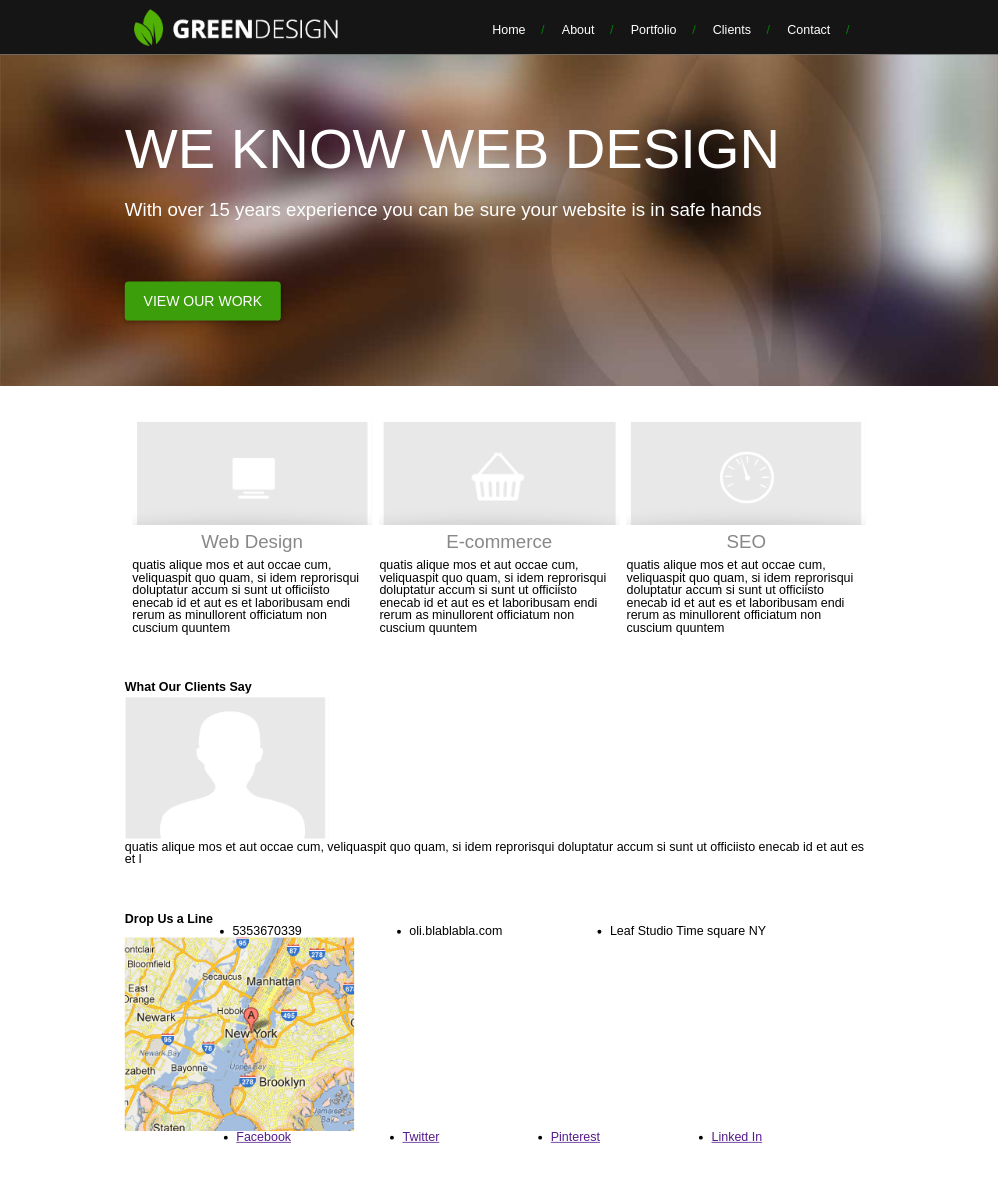
Repository: Piterwk1/psd-to-html
Page: website/index.html
The author's editor kept a copy of each file at every save. The page is drawn from the files as they stood at one save, then again after the next save.
The browser window is 1280 px wide. The pictures show the whole page, at 78% of full size.

Above is the page before, as saved 2021-09-14 21:21:22.

### website/index.html
<html lang="en">

<head>
    <meta charset="UTF-8">
    <meta http-equiv="X-UA-Compatible" content="IE=edge">
    <meta name="viewport" content="width=device-width, initial-scale=1.0">
    <title>Green Design</title>
    <link rel="stylesheet" href="style.css">
</head>

<body>
    <header>
        <div class="wrapper">
            <h1 id="logo">Green Design</h1>
            <nav>
                <h2>Main Navigation</h2>
                <ul>
                    <li><a href="">Home</a><span>/</span></li>
                    <li><a href="">About</a><span>/</span></li>
                    <li><a href="">Portfolio</a><span>/</span></li>
                    <li><a href="">Clients</a><span>/</span></li>
                    <li><a href="">Contact</a><span>/</span></li>
                </ul>
            </nav>
        </div>
    </header>
    <div id="lead-banner">
        <img src="images/Baner.jpg" alt="main banner">
        <div class="banner-overlay">
            <div class="wrapper">
                <div class="banner-title">We know web Design</div>
                <p>With over 15 years experience you can be sure your website is in safe hands</p>
                <a href="">View our work</a>
            </div>
        </div>
    </div>
    <div id="main-content">

        <div class="wrapper">

            <section id="points-of-sale">
                <h2>Point of Sale</h2>
                <ul>
                    <li>
                        <img src="images/cs1.png" alt="Web Design">
                        <h3>Web Design</h3>
                        <p>quatis alique mos et aut occae cum, veliquaspit quo quam, si idem reprorisqui doluptatur
                            accum si
                            sunt ut officiisto enecab id et aut es et laboribusam endi rerum as minullorent officiatum
                            non
                            cuscium quuntem</p>
                    </li>
                    <li>
                        <img src="images/cs2.png" alt="E-commerce">
                        <h3>E-commerce</h3>
                        <p>quatis alique mos et aut occae cum, veliquaspit quo quam, si idem reprorisqui doluptatur
                            accum si
                            sunt ut officiisto enecab id et aut es et laboribusam endi rerum as minullorent officiatum
                            non
                            cuscium quuntem</p>
                    </li>
                    <li>
                        <img src="images/cs3.png" alt="SEO">
                        <h3>SEO</h3>
                        <p>quatis alique mos et aut occae cum, veliquaspit quo quam, si idem reprorisqui doluptatur
                            accum si
                            sunt ut officiisto enecab id et aut es et laboribusam endi rerum as minullorent officiatum
                            non
                            cuscium quuntem</p>
                    </li>
                </ul>
            </section>
            <section id="clients">
                <h2>What Our Clients Say</h2>
                <img src="images/head.png" alt="head">
                <!-- <img src="images/quotes.png" alt="quotes"> -->
                <blockquote>quatis alique mos et aut occae cum, veliquaspit quo quam, si idem reprorisqui doluptatur
                    accum
                    si sunt ut officiisto enecab id et aut es et l</blockquote>
            </section>
            <section id="contact">
                <h2>Drop Us a Line</h2>
                <ul id="contact-methods">
                    <li>5353670339</li>
                    <li>oli.blablabla.com</li>
                    <li>
                        <span>Leaf Studio</span>
                        <span>Time square</span>
                        <span>NY</span>
                    </li>
                </ul>
                <img src="images/map.png" alt="map">
                <ul id="social-map">
                    <li class="facebook"><a href="">Facebook</a></li>
                    <li class="twitter"><a href="">Twitter</a></li>
                    <li class="pinterest"><a href="">Pinterest</a></li>
                    <li class="linked-in"><a href="">Linked In</a></li>
                </ul>
            </section>
        </div>
    </div>
</body>

</html>

### website/style.css
html,
body,
div,
span,
object,
iframe,
h1,
h2,
h3,
h4,
h5,
h6,
p,
blockquote,
pre,
abbr,
address,
cite,
code,
del,
dfn,
em,
img,
ins,
kbd,
q,
samp,
small,
strong,
sub,
sup,
var,
b,
i,
dl,
dt,
dd,
ol,
ul,
li,
fieldset,
form,
label,
legend,
table,
caption,
tbody,
tfoot,
thead,
tr,
th,
td,
article,
aside,
canvas,
details,
figcaption,
figure,
footer,
header,
hgroup,
menu,
nav,
section,
summary,
time,
mark,
audio,
video {
  margin: 0;
  padding: 0;
  border: 0;
  outline: 0;
  font-size: 100%;
  vertical-align: baseline;
  background: transparent;
  font-family: arial;
}

body {
  line-height: 1;
}

article,
aside,
details,
figcaption,
figure,
footer,
header,
hgroup,
menu,
nav,
section {
  display: block;
}

nav ul {
  list-style: none;
}

blockquote,
q {
  quotes: none;
}

blockquote:before,
blockquote:after,
q:before,
q:after {
  content: "";
  content: none;
}

a {
  margin: 0;
  padding: 0;
  font-size: 100%;
  vertical-align: baseline;
  background: transparent;
}

/* change colours to suit your needs */
ins {
  background-color: #ff9;
  color: #000;
  text-decoration: none;
}

/* change colours to suit your needs */
mark {
  background-color: #ff9;
  color: #000;
  font-style: italic;
  font-weight: bold;
}

del {
  text-decoration: line-through;
}

abbr[title],
dfn[title] {
  border-bottom: 1px dotted;
  cursor: help;
}

table {
  border-collapse: collapse;
  border-spacing: 0;
}

/* change border colour to suit your needs */
hr {
  display: block;
  height: 1px;
  border: 0;
  border-top: 1px solid #cccccc;
  margin: 1em 0;
  padding: 0;
}

input,
select {
  vertical-align: middle;
}

header div {
  display: flex;
  justify-content: space-between;
  width: 100%;
  max-width: 960px;
  margin: 0 auto;
}

.wrapper {
  width: 100%;
  max-width: 960px;
  margin: 0 auto;
}

header {
  background: #151515;
}

#logo {
  background: url(images/Logo.png) no-repeat;
  height: 70px;
  width: 280px;
  text-indent: -100000px;
}

header nav {
  margin-top: 30px;
  margin-right: 20px;
  width: 50%;
}

header nav h2 {
  height: 0;
  text-indent: -100000px;
}
header nav a {
  color: #fff;
  text-decoration: none;
  font-family: arial;
}

header nav ul {
  display: flex;
  justify-content: space-around;
}

header nav span {
  color: green;
  margin-left: 20px;
}

#lead-banner img {
  width: 100%;
}

#lead-banner {
  max-height: 440px;
  overflow: hidden;
  position: relative;
}

.banner-overlay {
  position: absolute;
  top: 20%;
  width: 100%;
}

.banner-title {
  color: #fff;
  text-transform: uppercase;
  font-size: 72px;
}

#lead-banner p {
  color: #fff;
  font-size: 24px;
  min-width: 600px;
  margin-top: 30px;
}

#lead-banner a {
  color: #fff;
  display: block;
  width: 200px;
  font-size: 18px;
  text-align: center;
  padding: 16px 0;
  text-decoration: none;
  text-transform: uppercase;
  border-radius: 5px;
  margin-top: 80px;
  box-shadow: 1px 1px 6px rgba(0, 0, 0, 0.4);

  /* Permalink - use to edit and share this gradient: https://colorzilla.com/gradient-editor/#3c9e0a+0,3c9e0a+100 */
  background: #3c9e0a; /* Old browsers */
  background: -moz-linear-gradient(
    top,
    #3c9e0a 0%,
    #3c9e0a 100%
  ); /* FF3.6-15 */
  background: -webkit-linear-gradient(
    top,
    #3c9e0a 0%,
    #3c9e0a 100%
  ); /* Chrome10-25,Safari5.1-6 */
  background: linear-gradient(
    to bottom,
    #3c9e0a 0%,
    #3c9e0a 100%
  ); /* W3C, IE10+, FF16+, Chrome26+, Opera12+, Safari7+ */
  filter: progid:DXImageTransform.Microsoft.gradient( startColorstr='#3c9e0a', endColorstr='#3c9e0a',GradientType=0 ); /* IE6-9 */
}

section {
    margin: 40px 0 60px;
}

section#points-of-sale ul {
    list-style: none;
}

#points-of-sale h2 {
    height: 0;
    text-indent: -10000px;
}

section ul {
    display: flex;
    justify-content: space-evenly;
}

#points-of-sale li {
    width: 32%;
}

#points-of-sale li img {
    width: 100%;
}

#points-of-sale li h3 {

    text-align: center;
    color:  #888;
    font-size: 24px;
    font-weight: normal;
    margin: 10px  10px;
}

After the next save:
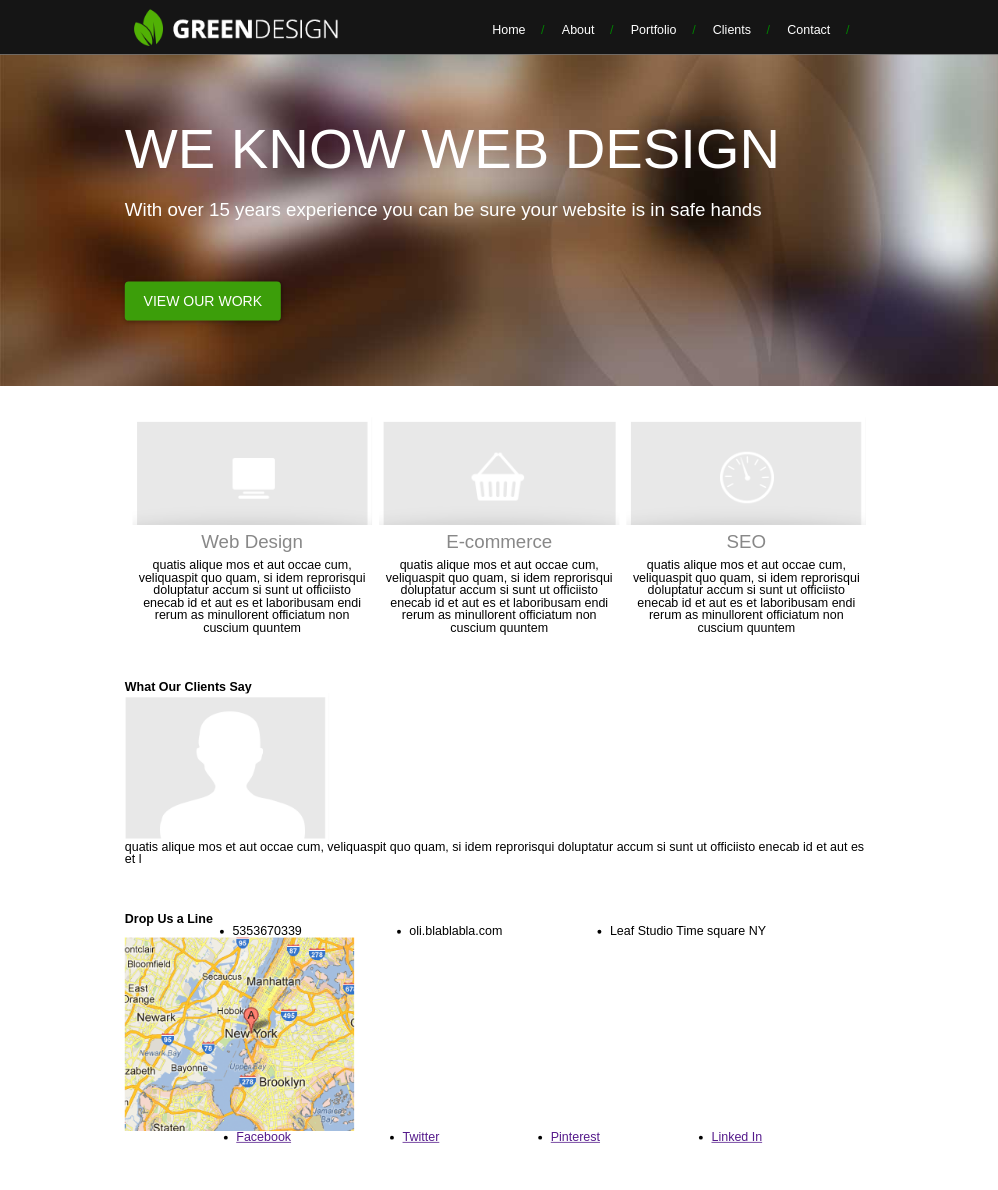
Saved 2 min 21 s later.
--- a/website/style.css
+++ b/website/style.css
@@ -312,3 +312,7 @@ section ul {
     font-weight: normal;
     margin: 10px  10px;
 }
+
+#points-of-sale p {
+    text-align: center;
+}
